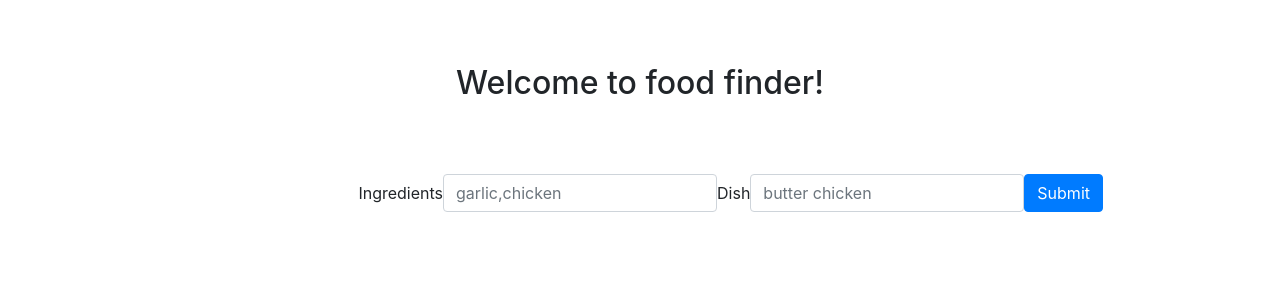
Repository: ratanparmar/receipesearch
Page: /
The author's editor kept a copy of each file at every save. The page is drawn from the files as they stood at one save, then again after the next save.
The browser window is 1280 px wide. The pictures show the whole page.
The project was rebuilt for these pictures with package versions that can differ from the ones it lists, and the page was loaded fresh each time.

Above is the page before, as saved 2019-12-10 16:28:31.

### public/index.html
<!DOCTYPE html>
<html lang="en">
  <head>
    <meta charset="utf-8" />
    <link rel="icon" href="%PUBLIC_URL%/favicon.ico" />
    <meta name="viewport" content="width=device-width, initial-scale=1" />
    <meta name="theme-color" content="#000000" />
    <meta
      name="description"
      content="Web site created using create-react-app"
    />
    <link rel="apple-touch-icon" href="%PUBLIC_URL%/logo192.png" />
    <!--
      manifest.json provides metadata used when your web app is installed on a
      user's mobile device or desktop. See https://developers.google.com/web/fundamentals/web-app-manifest/
    -->
    <link rel="manifest" href="%PUBLIC_URL%/manifest.json" />
    <!--
      Notice the use of %PUBLIC_URL% in the tags above.
      It will be replaced with the URL of the `public` folder during the build.
      Only files inside the `public` folder can be referenced from the HTML.

      Unlike "/favicon.ico" or "favicon.ico", "%PUBLIC_URL%/favicon.ico" will
      work correctly both with client-side routing and a non-root public URL.
      Learn how to configure a non-root public URL by running `npm run build`.
    -->
    <link rel="stylesheet" href="https://stackpath.bootstrapcdn.com/bootstrap/4.3.1/css/bootstrap.min.css" integrity="sha384-ggOyR0iXCbMQv3Xipma34MD+dH/1fQ784/j6cY/iJTQUOhcWr7x9JvoRxT2MZw1T" crossorigin="anonymous">

    <title>React App</title>
  </head>
  <body>
    <noscript>You need to enable JavaScript to run this app.</noscript>
    <div id="root"></div>
    <!--
      This HTML file is a template.
      If you open it directly in the browser, you will see an empty page.

      You can add webfonts, meta tags, or analytics to this file.
      The build step will place the bundled scripts into the <body> tag.

      To begin the development, run `npm start` or `yarn start`.
      To create a production bundle, use `npm run build` or `yarn build`.
    -->
  </body>
</html>

### src/index.js
import React from 'react'
import ReactDOM from 'react-dom'
import App from './components/App'
ReactDOM.render( <App/>,document.getElementById('root'))

### src/components/App.js
import React , { Component } from 'react'

import Searchbar from './Searchbar'
import '../style/index.css'

class App extends Component{
    render(){
        return(
            <div>
                <h2> Welcome to food finder!
                </h2>
                <div className="App">
                    <Searchbar/>
                </div>
            </div>
        )
    }
}

export default App;

### src/components/Searchbar.js
import React,{ Component } from 'react'
import {Form, FormControl,FormGroup,FormLabel,Button} from 'react-bootstrap'

class Searchbar extends Component{
    render(){
        // Use FormLable in place off ControlLabel
        return(
            <Form inline>
                <FormGroup>
                    <FormLabel>Ingredients</FormLabel>
                    {''}
                        <FormControl type="text" placeholder='garlic,chicken'/>
                </FormGroup>
                {''}
                <FormGroup>
                    <FormLabel>Dish</FormLabel>
                    {''}
                    <FormControl type="text" placeholder='butter chicken'/>
                </FormGroup>
                {''}
                <Button>Submit</Button>
            </Form>
        )
    }
}
export default Searchbar;

### src/style/index.css
body{
    text-align: center;

    padding-top: 5%;
}
.App{
    padding-top: 5%;
    padding-left: 28%;
}

After the next save:
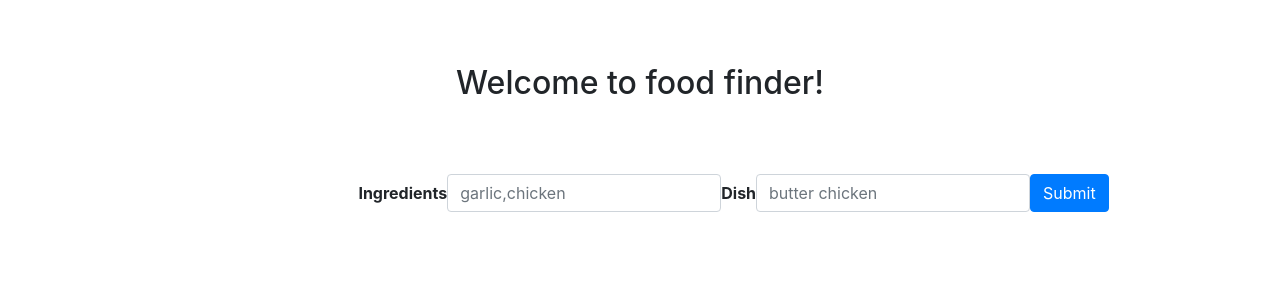
Saved 20 s later.
--- a/src/components/Searchbar.js
+++ b/src/components/Searchbar.js
@@ -7,13 +7,13 @@ class Searchbar extends Component{
         return(
             <Form inline>
                 <FormGroup>
-                    <FormLabel>Ingredients</FormLabel>
+                    <FormLabel><b>Ingredients</b></FormLabel>
                     {''}
                         <FormControl type="text" placeholder='garlic,chicken'/>
                 </FormGroup>
                 {''}
                 <FormGroup>
-                    <FormLabel>Dish</FormLabel>
+                    <FormLabel><b>Dish</b></FormLabel>
                     {''}
                     <FormControl type="text" placeholder='butter chicken'/>
                 </FormGroup>
